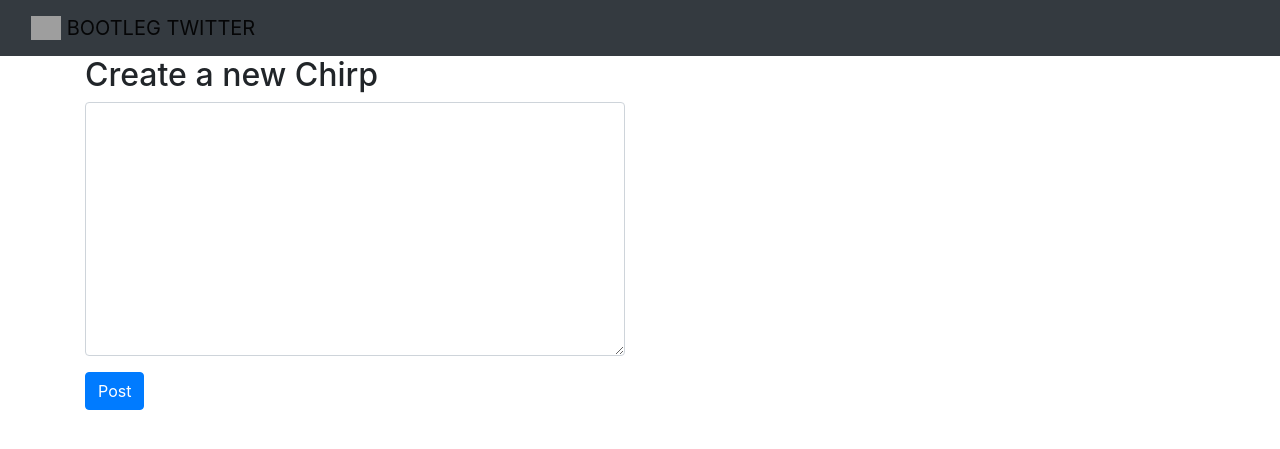
Repository: DavidDontKnow/BootlegTwitter
Page: html/profile.html
An editor plug-in stored every save of this project. The page is shown before and after the next save, followed by the edit.
The browser window is 1280 px wide. The pictures show the whole page.
Pictures or frames that could not be fetched are drawn as grey boxes.

Above is the page before, as saved 2023-04-05 15:57:35.

After the next save:
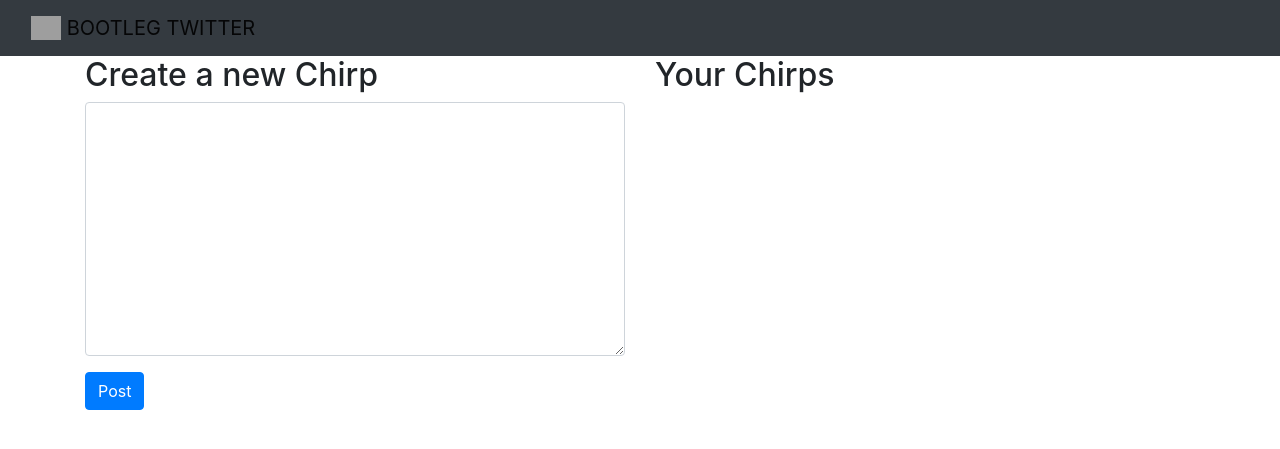
Saved 105 s later.
--- a/html/profile.html
+++ b/html/profile.html
@@ -42,6 +42,9 @@
                 <button type="submit" class="btn btn-primary">Post</button>
             </form>
         </div>
+        <div class="col-md-6">
+            <h2>Your Chirps</h2>
+        </div>
     </div>
 </div>
 
